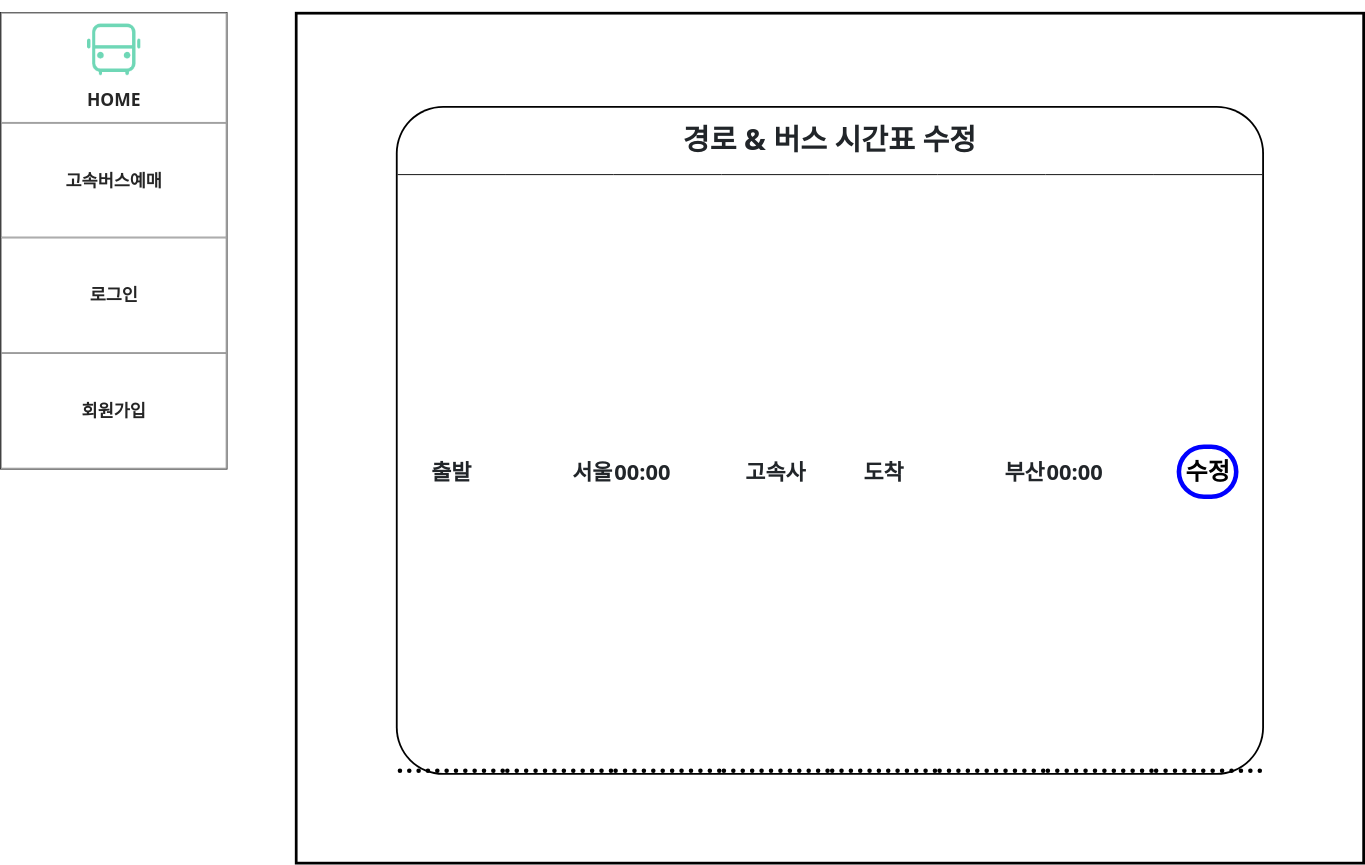
Repository: rudqhd79/spring_personal
Page: http://localhost/edit/edit
An editor plug-in stored every save of this project. The page is shown before and after the next save, followed by the edit.
The browser window is 1280 px wide. The page is 1500 px wide, so the pictures cover 1500 px, including what lies to the right of the window. The pictures show the whole page, at 91% of full size.
The page is this project's Thymeleaf template; nobody is signed in. The template is opened directly, without the code that normally fills it, so the values that code supplies are empty.

Above is the page before, as saved 2023-02-04 07:51:35.

### bus-reservation/src/main/resources/templates/edit/edit.html
<!DOCTYPE html>
<html xmlns:th="http://www.thymeleaf.org"
	xmlns:layout="http://www.ultraq.net.nz/thymeleaf/layout">
<link rel="stylesheet"
	href="//maxcdn.bootstrapcdn.com/bootstrap/latest/css/bootstrap.min.css">
<script src="//code.jquery.com/jquery.min.js"></script>
<script
	src="//maxcdn.bootstrapcdn.com/bootstrap/latest/js/bootstrap.min.js"></script>
<head>
<meta charset="UTF-8">
<title>main</title>

<!-- bootstrap css -->
<link
	href="https://cdn.jsdelivr.net/npm/bootstrap@5.3.0-alpha1/dist/css/bootstrap.min.css"
	rel="stylesheet"
	integrity="sha384-GLhlTQ8iRABdZLl6O3oVMWSktQOp6b7In1Zl3/Jr59b6EGGoI1aFkw7cmDA6j6gD"
	crossorigin="anonymous">
<link th:href="@{/css/all.css}" rel="stylesheet">
<!-- bootstrap js, popper -->
<script
	src="https://cdn.jsdelivr.net/npm/@popperjs/core@2.11.6/dist/umd/popper.min.js"
	integrity="sha384-oBqDVmMz9ATKxIep9tiCxS/Z9fNfEXiDAYTujMAeBAsjFuCZSmKbSSUnQlmh/jp3"
	crossorigin="anonymous"></script>
<script
	src="https://cdn.jsdelivr.net/npm/bootstrap@5.3.0-alpha1/dist/js/bootstrap.min.js"
	integrity="sha384-mQ93GR66B00ZXjt0YO5KlohRA5SY2XofN4zfuZxLkoj1gXtW8ANNCe9d5Y3eG5eD"
	crossorigin="anonymous"></script>
<!-- jquery  -->
<script src="https://code.jquery.com/jquery-3.6.3.min.js"
	integrity="sha256-pvPw+upLPUjgMXY0G+8O0xUf+/Im1MZjXxxgOcBQBXU="
	crossorigin="anonymous"></script>
<th:block layout:fragment="script"></th:block>
<th:block layout:fragment="css"></th:block>
</head>
<body>
	<form th:action="@{edit}">
		<div class="fragment-sidebar">
			<div th:replace="fragments/sidebar::sidebar"></div>
			<div class="base_angle" style="margin-top: 1vw">
				<div class="edit_border">
					<div style="text-align: center; font-size: 2em; margin: 10px 0 15px 0; font-weight: bolder">경로 & 버스 시간표 수정</div>
					<table class="edit_table" style="width:100%; height:90%;">
						<tr style="font-size: 1.5em; width: 80%; border-bottom: 5px dotted black;" class="edit_tr">
							<th class="" style="width:calc(100%/8); text-align: center">출발</th>
							<th class="" style="width:calc(100%/8); text-align: right">서울</th>
							<th class="" style="width:calc(100%/8); text-align: left">00:00</th>
							<th class="" style="width:calc(100%/8); text-align: center">고속사</th>
							<th class="" style="width:calc(100%/8); text-align: center">도착</th>
							<th class="" style="width:calc(100%/8); text-align: right;">부산</th>
							<th class="" style="width:calc(100%/8); text-align: left">00:00</th>
							<th class="" style="width:calc(100%/8); text-align: center"><input type="submit" value="수정" style="border: 5px solid blue; border-radius: 30px; font-size: 1.1em; background:  white; padding: 5px; font-weight: 800;" /></th>
						</tr>
					</table>
				</div>
			</div>
		</div>
	</form>
</body>
</html>

### bus-reservation/src/main/resources/templates/fragments/sidebar.html
<!DOCTYPE html>
<html xmlns:th="http://www.thymeleaf.org"
      xmlns:sec="http://www.thymeleaf.org/extras/spring-security">
<head>
<meta charset="UTF-8">
<title>Insert title here</title>
<link rel="stylesheet"
	href="//maxcdn.bootstrapcdn.com/bootstrap/latest/css/bootstrap.min.css">
<script src="//code.jquery.com/jquery.min.js"></script>
<script
	src="//maxcdn.bootstrapcdn.com/bootstrap/latest/js/bootstrap.min.js"></script>
</head>
<body>
<!-- 사이드바 -->
	<div th:fragment="sidebar" class="sidebar-total">
		<div id="page-wrapper">
			<div id="sidebar-wrapper">
				<ul class="sidebar-nav">
					<li class="sidebar-main">
						<a href="/">
						<img src="/img/bus_icon.png" style="width:60px; height: 60px; margin-top: 10px;">
							<p class="home">HOME</p>
						</a>
					</li>
					<li class="sidebar-main sidebar-nav_li">
						<a href="/">고속버스예매</a>
					</li>
					<li class="sidebar-main sidebar-nav_li" sec:authorize="isAnonymous()">
						<a href="login">로그인</a>
					</li>
					<li class="sidebar-main sidebar-nav_li" sec:authorize="isAuthenticated()">
						<a href="logout">로그아웃</a>
					</li>
					<li class="sidebar-main sidebar-nav_li" sec:authorize="isAnonymous()">
						<a href="join">회원가입</a>
					</li>
					<li class="sidebar-main sidebar-nav_li"  sec:authorize="isAuthenticated()">
						<a href="check">예매확인 (좌석변경)</a>
					</li>
					<li class="sidebar-main sidebar-nav_li"  sec:authorize="isAuthenticated()">
						<a href="cancel">예매취소</a>
					</li>
					<li class="sidebar-main sidebar-nav_li" sec:authorize="hasAnyAuthority('ROLE_ADMIN')">
						<a href="edit">수정 (관리자 전용)</a>
					</li>
				</ul>
			</div>
		</div>
	</div>
<!-- /사이드바 -->
</body>
</html>

Loaded but not shown: bus-reservation/src/main/resources/static/css/all.css (library)

After the next save:
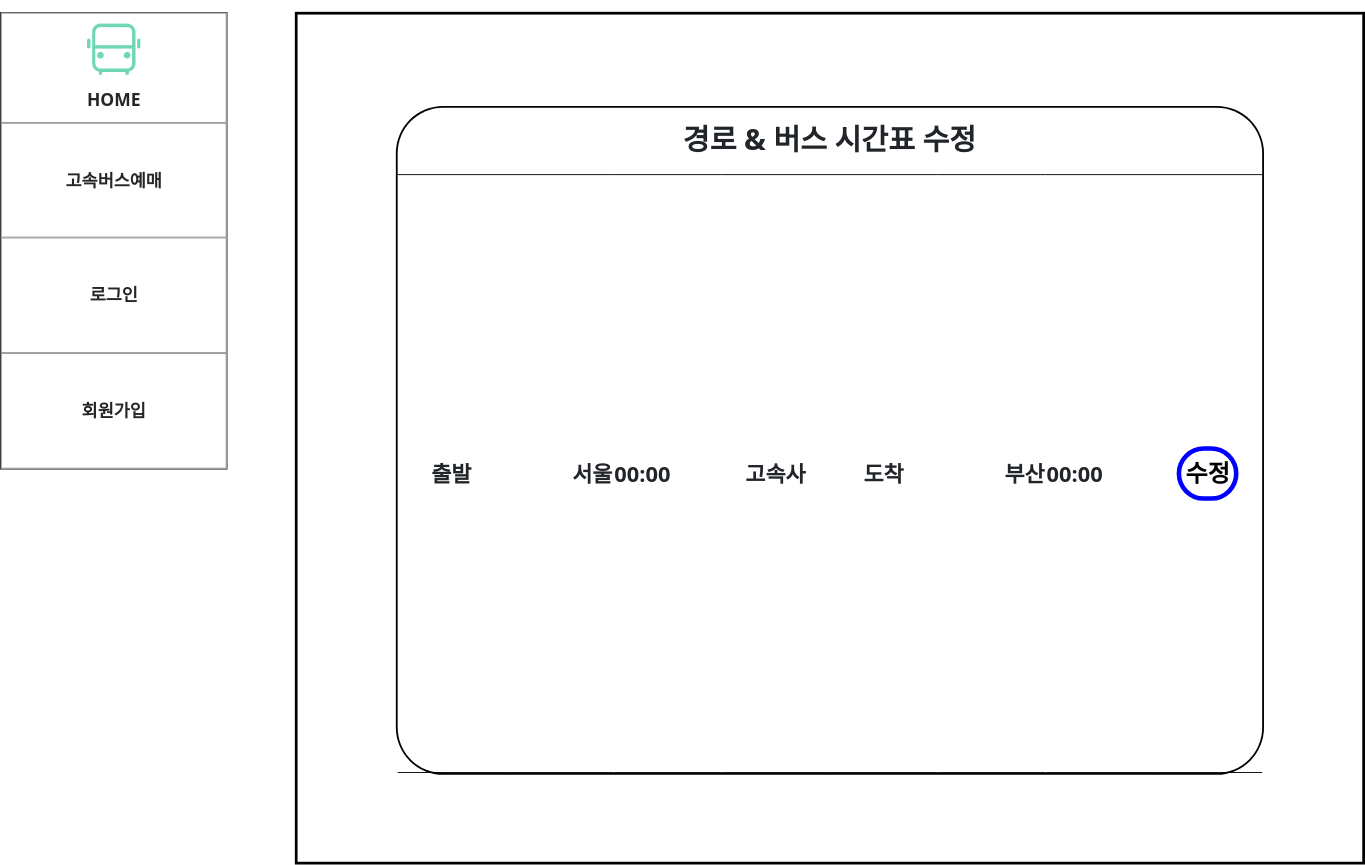
Saved 80 s later.
--- a/bus-reservation/src/main/resources/templates/edit/edit.html
+++ b/bus-reservation/src/main/resources/templates/edit/edit.html
@@ -41,7 +41,7 @@
 				<div class="edit_border">
 					<div style="text-align: center; font-size: 2em; margin: 10px 0 15px 0; font-weight: bolder">경로 & 버스 시간표 수정</div>
 					<table class="edit_table" style="width:100%; height:90%;">
-						<tr style="font-size: 1.5em; width: 80%; border-bottom: 5px dotted black;" class="edit_tr">
+						<tr style="font-size: 1.5em; width: 80%; " class="edit_tr">
 							<th class="" style="width:calc(100%/8); text-align: center">출발</th>
 							<th class="" style="width:calc(100%/8); text-align: right">서울</th>
 							<th class="" style="width:calc(100%/8); text-align: left">00:00</th>
